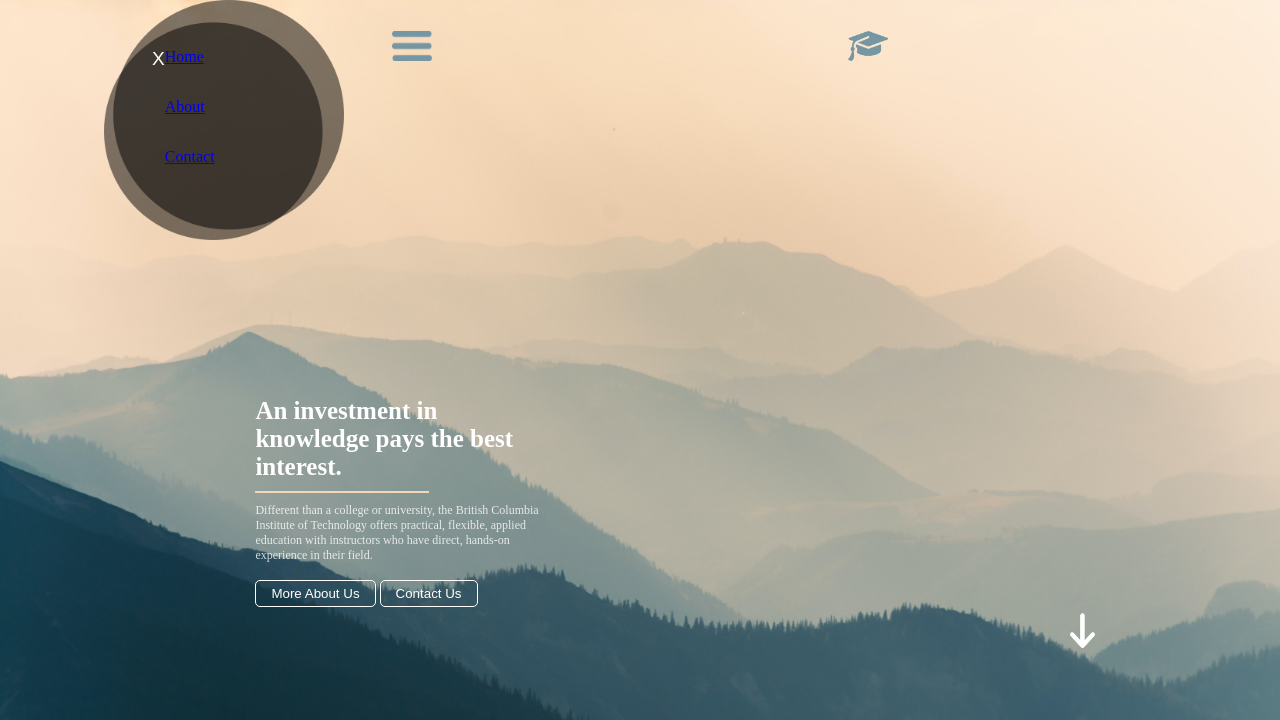
Repository: Sheraliramzan/Aly_A01253508_Assignment1
Page: /
An editor plug-in stored every save of this project. The page is shown before and after the next save, followed by the edit.
The browser window is 1280 px wide. The pictures show the whole page.
The project was rebuilt for these pictures with package versions that can differ from the ones it lists, and the page was loaded fresh each time. The framework's server and built-in components were replaced by stand-ins that run in the browser. Also part of the build but not shown: next.config.js.

Above is the page before, as saved 2023-02-04 17:46:44.

### pages/index.js
import Head from 'next/head'
import Image from 'next/image'
import styles from '../styles/Home.module.css'
import { useState } from 'react'
import { useRouter } from 'next/router'



export default function Home() {

  const [isMenuOpen, setIsMenuOpen] = useState(false);
  const handleClick = () => {
    setIsMenuOpen(!isMenuOpen);
  };
  const router = useRouter();
  return (
    <>
      <Head>
        <title>Home</title>
        <meta name="author" content="MDIA 2109" />
        <meta property="og:title" content= "Assignment #1 - Home Page"/>
        <meta property="og:description" content= "BCIT Digital Design and Development Diploma"/>
        <meta name="viewport" content="width=device-width, initial-scale=1" />
        <link rel="icon" href="/favicon.png" />
      </Head>
      <main className={styles.main}>
        <div className='fullcont'>
          <div className="navcont">
              <Image
                src={"/icons/menu-icon.png"}
                width={40}
                height={30}
                onClick={handleClick}
              />
              <Image src={"/icons/graduation-hat.png"} width={40} height={30} />
          </div>
          <div className="menucont">
          <div className="listcont">
            <div className="btncont">
              <button className="close" onChange={handleClick}>
                X
              </button>
            </div>
              <ul>
                <li>
                  <a href='#'>Home</a>
                </li>
                <li>
                  <a href='#'>About</a>
                </li>
                <li>
                  <a href='#'>Contact</a>
                </li>
              </ul>
            </div>
          <Image
            src={"/background-images/menuBackground.png"}
            width={240}
            height={240}
          />
        </div>

          <div className="headcont">
            <h1 className="headhome">An investment in <br/>knowledge pays the best <br/> interest.</h1>
            <div className="horidiv"></div>
            <p className="para1">Different than a college or university, the British Columbia <br/> Institute of Technology offers practical, flexible, applied education with instructors who have direct, hands-on experience in their field.</p>
          </div>
          <a className='butcont'>
            <button className='but1'>More About Us</button>
            <button className='but1'>Contact Us</button>
          </a>
          <a>
            <span>
              <Image className='downarrow' src ={"/downwardArrow.png"} width={25} height={35}></Image>
            </span>
          </a>
        </div>
      </main>
    </>
  )
}

### styles/globals.css


* {
  box-sizing: border-box;
  padding: 0;
  margin: 0;
}

html,
body {
  max-width: 100vw;
  overflow-x: hidden;

  background-image:url('../public/background-images/backgroundMountain.jpg') ;
  background-size: cover;
  background-repeat: no-repeat;
  height: 100vh;
}
.navcont {
  display: flex;
  align-items: center;
  justify-content: space-between;
  padding: 1rem 1rem;
}
.menucont{
  position: absolute;
  top: 0rem;
  left: 6.5rem;
}

ul {
  display: flex;
  flex-direction: column;
  gap: 2rem;
}

ul > li {
  list-style-type: none;
  color: white;
}
.listcont{
  position: absolute;
  display: flex;
  align-items: flex-start;
  left: 3rem;
  top: 3rem;
}

.btncont {
  display: flex;
}

.close {
  background-color: transparent;
  border: none;
  font-size: larger;
  color: white;
}

.fullcont{
  margin: 15px;
}
.but1{
  margin: 2px;
  padding: 5px 15px;
  background: none;
  border: 1px solid var(--primary-color);
  border-radius: 5px;
  color:var(--primary-color) ;
}
.butcont{
 margin-left: -123px;
}

.but1:hover{
  background-color: var( --primary-color);
  color: var(--quinary-color);
}
.downarrow{
  position: relative;
  left: 590px;
  top:50px;
}
.headcont{
  display: flex;
  flex-direction: column;
  width: 55%;
  margin-top: 320px;
  margin-left: -121px;
}
.headhome{
  color: var(--primary-color);
  font-size: 25px;
  margin-bottom: 10px;
}
.horidiv{
  width: 60%;
  border: 1px solid var(--secondary-color);
  margin-bottom: 10px;
}
.para1{
  color: var(--primary-color);
  font-size:12px;
  width: 100%;
  opacity: 0.8;
}


#carouselImage{
  height: 200px;
  background-repeat: no-repeat;
  background-size: cover;
  display: flex;
  justify-content: center;
  align-items: center;
  margin: 40px 0px;
}
#testOnImageHere{
  background-color: rgba(16, 46, 53, 0.5);
  padding: 10px;
  margin: 0px 50px;
}

### styles/variables.css
:root{
    --primary-color:#fff;
    --secondary-color:#f4d6b9;
    --ternary-color: #7796a4;
    --quaternary-color:#14343d;
    --quinary-color:rgba(16,46,53,0.5);
}

### styles/Home.module.css
.main {
  display: flex;
  flex-direction: column;
  justify-content: space-between;
  align-items: center;
}

Loaded but not shown: pages/_app.js (common file); pages/_document.js (common file); pages/api/hello.js (common file)

After the next save:
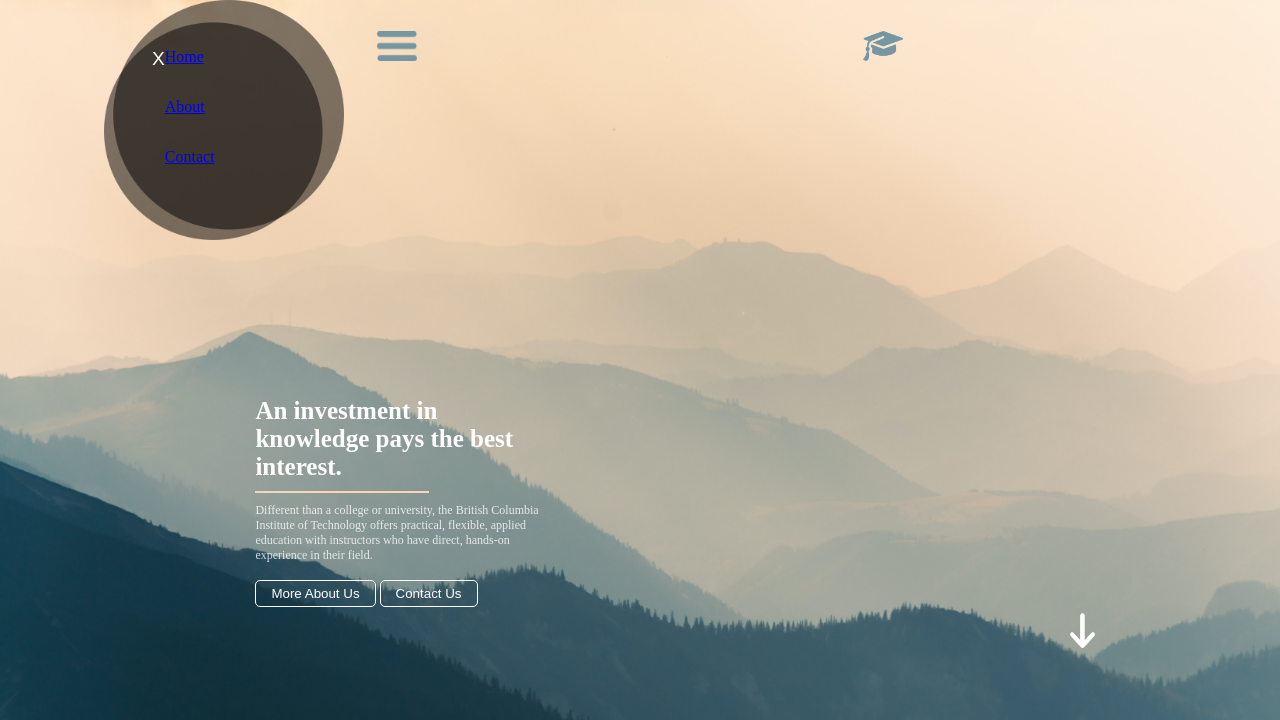
Saved 8 s later.
--- a/styles/globals.css
+++ b/styles/globals.css
@@ -20,7 +20,7 @@ body {
   display: flex;
   align-items: center;
   justify-content: space-between;
-  padding: 1rem 1rem;
+  padding: 1rem 1px;
 }
 .menucont{
   position: absolute;
